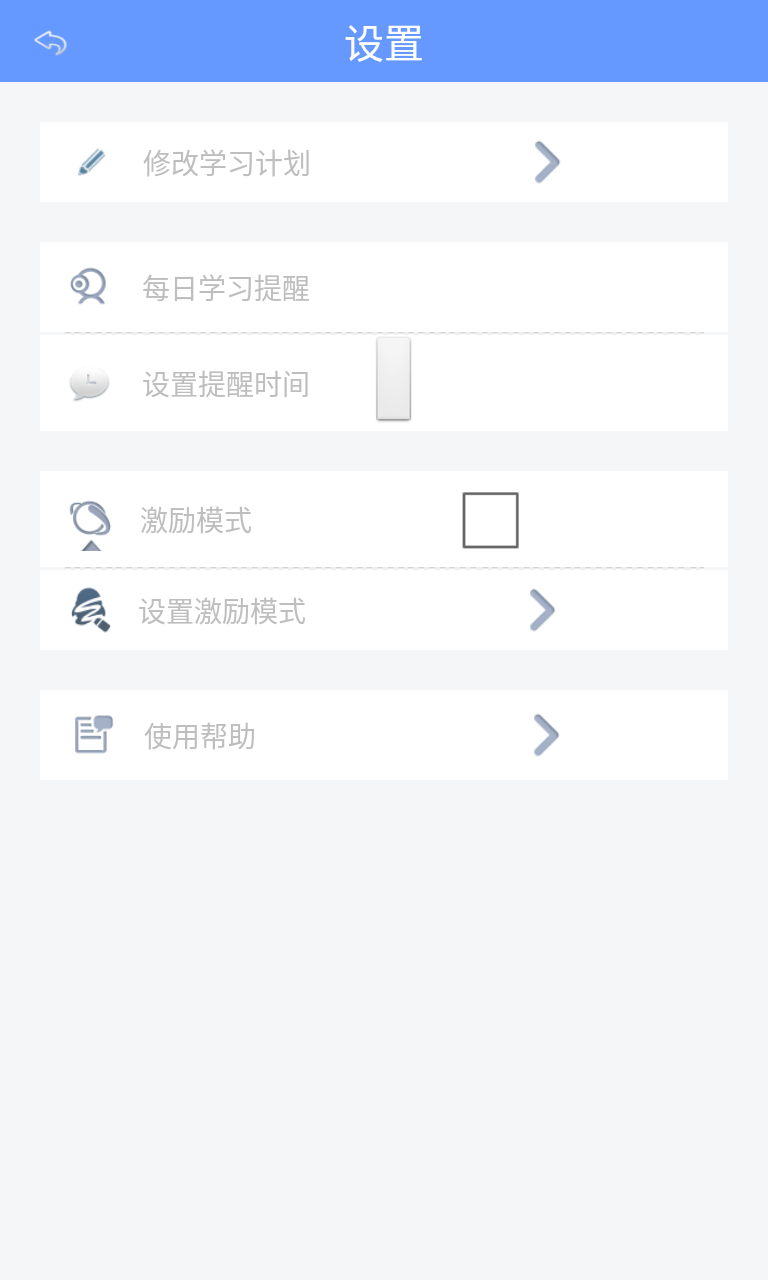
Repository: dyslove123/OMG
Layout: OMG_WORD/res/layout/setting.xml
These files come from the project's save history. The layout is drawn as it stood at one moment and after the next save; the edit follows.
It is drawn on a 768 x 1280 px phone screen (xhdpi) without system bars, with theme android:Theme.NoTitleBar; the app's code is not run.

Above is the layout before, as saved 2013-11-06 12:25:47.

After the next save:
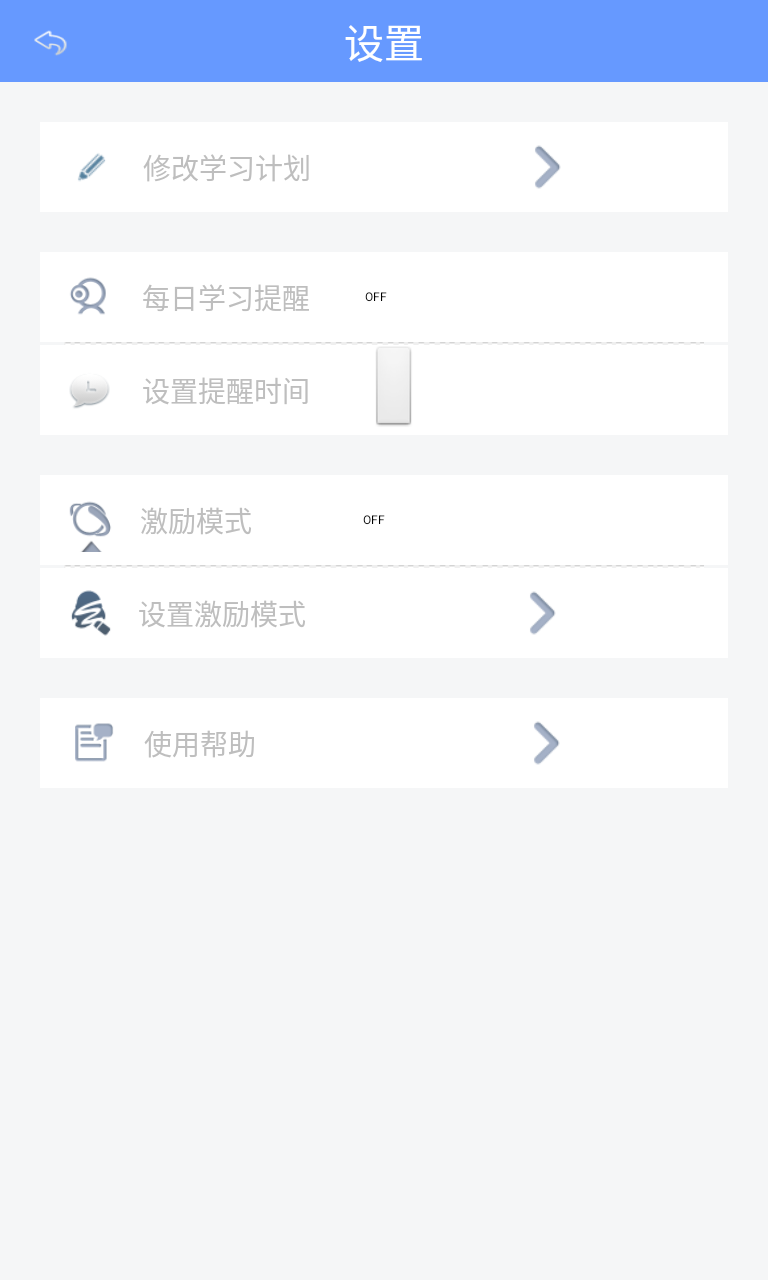
Saved 23 min 28 s later.
--- a/OMG_WORD/res/layout/setting.xml
+++ b/OMG_WORD/res/layout/setting.xml
@@ -36,7 +36,7 @@
     <LinearLayout
         android:id="@+id/study_plan_setting"
         android:layout_width="fill_parent"
-        android:layout_height="40dp"
+        android:layout_height="45dp"
         android:layout_marginLeft="20dp"
         android:layout_marginRight="20dp"
         android:layout_marginTop="20dp"
@@ -65,8 +65,8 @@
 
     <LinearLayout
         android:id="@+id/study_alert"
-        android:layout_width="match_parent"
-        android:layout_height="wrap_content"
+        android:layout_width="fill_parent"
+        android:layout_height="45"
         android:layout_marginLeft="20dp"
         android:layout_marginRight="20dp"
         android:layout_marginTop="20dp"
@@ -87,6 +87,12 @@
             android:layout_height="wrap_content"
             android:layout_marginLeft="3dp"
             android:text="每日学习提醒" />
+
+        <Switch
+            android:id="@+id/switch1"
+            android:layout_width="wrap_content"
+            android:layout_height="wrap_content"
+            android:layout_marginLeft="22dp" />
     </LinearLayout>
 
     <ImageView
@@ -99,7 +105,7 @@
     <LinearLayout
         android:id="@+id/alert_time"
         android:layout_width="fill_parent"
-        android:layout_height="wrap_content"
+        android:layout_height="45"
         android:layout_marginLeft="20dp"
         android:layout_marginRight="20dp"
         android:background="#ffffff"
@@ -131,7 +137,7 @@
     <LinearLayout
         android:id="@+id/encourage_method"
         android:layout_width="fill_parent"
-        android:layout_height="wrap_content"
+        android:layout_height="45"
         android:layout_marginLeft="20dp"
         android:layout_marginRight="20dp"
         android:layout_marginTop="20dp"
@@ -152,11 +158,11 @@
             android:layout_marginLeft="2dp"
             android:text="激励模式" />
 
-        <CheckBox
-            android:id="@+id/encourage_checkbox"
-            android:layout_width="wrap_content"
-            android:layout_height="wrap_content"
-            android:layout_marginLeft="100dp" />
+        <Switch
+            android:id="@+id/switch2"
+            android:layout_width="wrap_content"
+            android:layout_height="wrap_content"
+            android:layout_marginLeft="50dp" />
     </LinearLayout>
 
     <ImageView
@@ -169,7 +175,7 @@
     <LinearLayout
         android:id="@+id/set_ecourage_mode"
         android:layout_width="fill_parent"
-        android:layout_height="wrap_content"
+        android:layout_height="45dp"
         android:layout_marginLeft="20dp"
         android:layout_marginRight="20dp"
         android:background="#ffffff"
@@ -199,7 +205,7 @@
     <LinearLayout
         android:id="@+id/using_help"
         android:layout_width="match_parent"
-        android:layout_height="wrap_content"
+        android:layout_height="45dp"
         android:layout_marginLeft="20dp"
         android:layout_marginRight="20dp"
         android:layout_marginTop="20dp"
